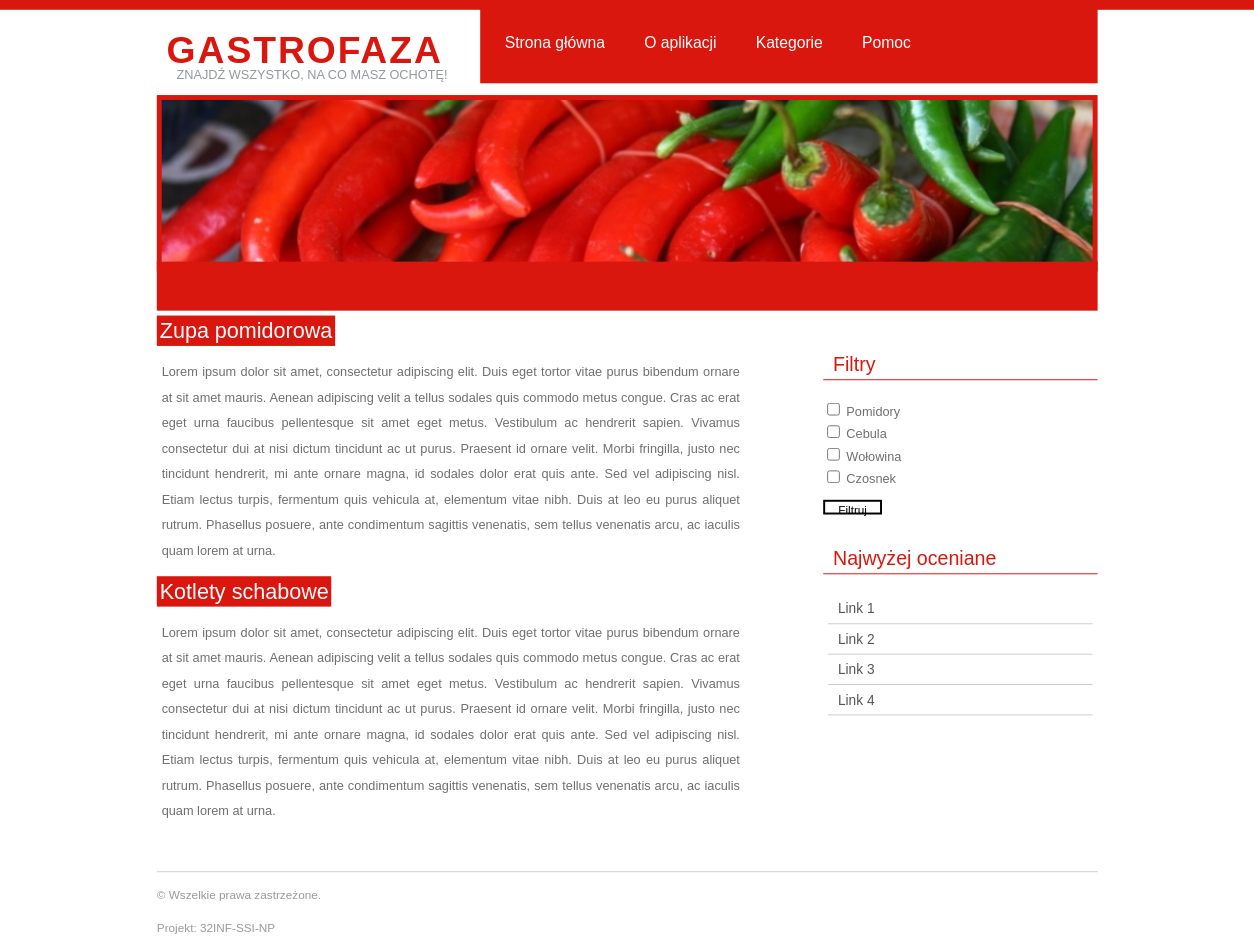
Repository: Michals1988/GroupProject
Page: index.html
The author's editor kept a copy of each file at every save. The page is drawn from the files as they stood at one save, then again after the next save.
The browser window is 1280 px wide. The pictures show the whole page, at 98% of full size.

Above is the page before, as saved 2020-10-25 17:35:26.

After the next save:
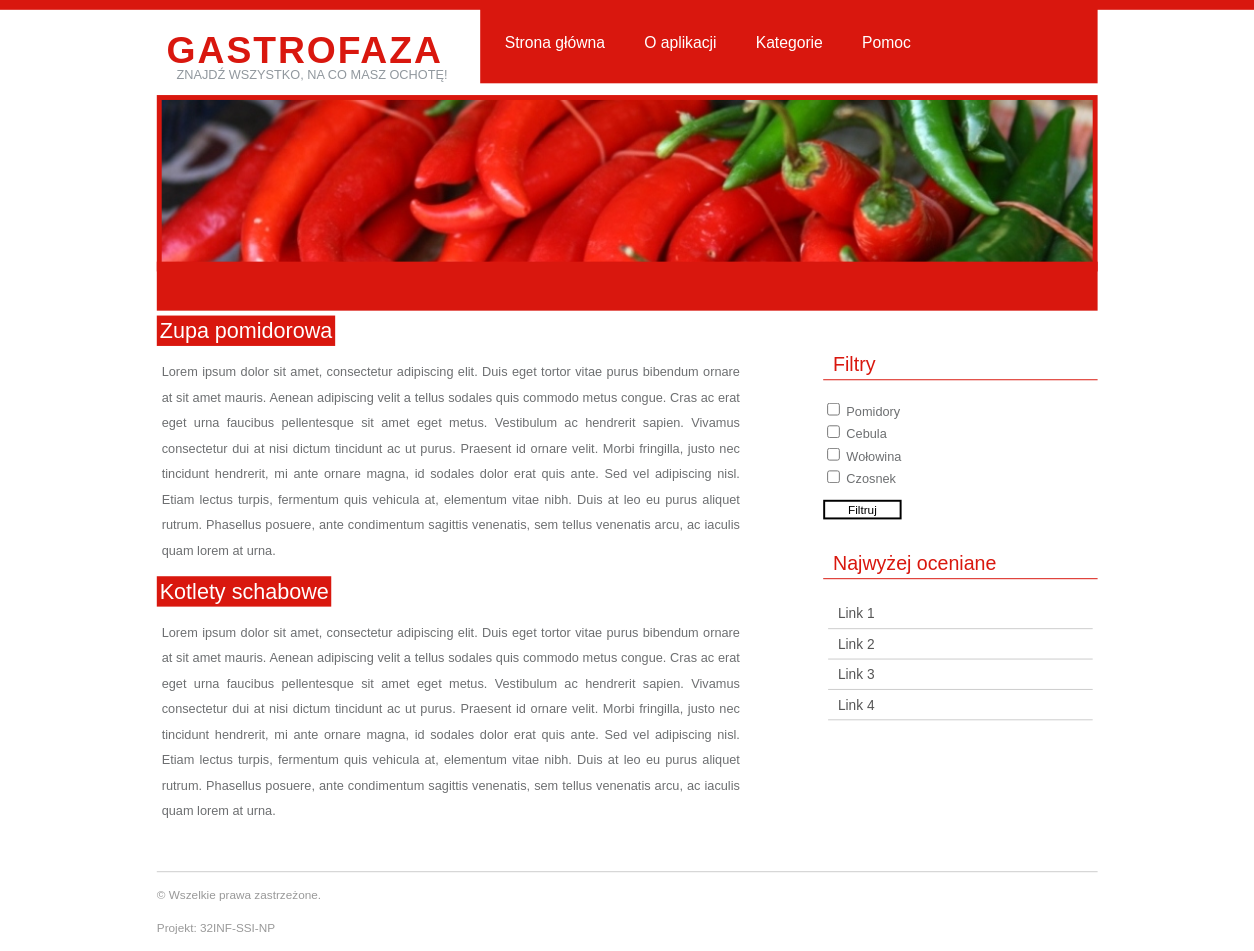
Saved 11 s later.
--- a/css/style.css
+++ b/css/style.css
@@ -230,8 +230,8 @@ h2 {
 	background-color: #fff;
 	border: 2px solid black;
 	font-size: 12px;
-	width: 60px;
-	height: 15px;
+	width: 80px;
+	height: 20px;
 }
 
 #foot {
